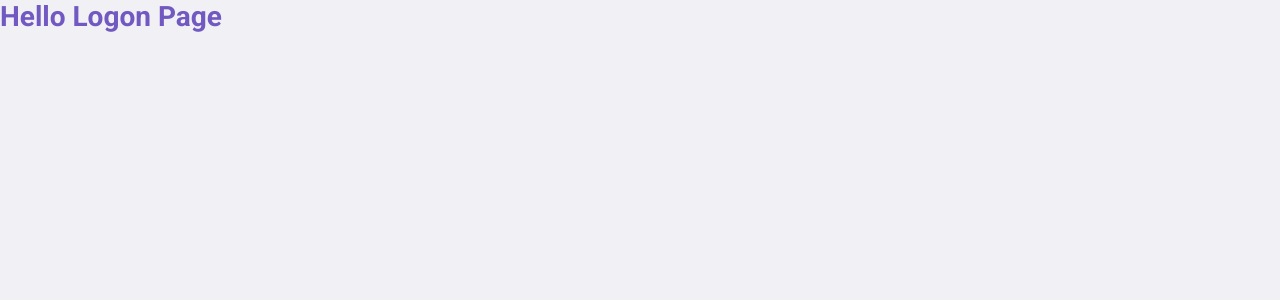
Repository: s7Thiago/semana-omnistack-11.0
Page: / (app in front-end/)
These files come from the project's save history. The page is drawn as it stood at one moment and after the next save; the edit follows.
The browser window is 1280 px wide. The pictures show the whole page.
The project was rebuilt for these pictures with package versions that can differ from the ones it lists, and the page was loaded fresh each time.

Above is the page before, as saved 2020-03-26 19:39:02.

After the next save:
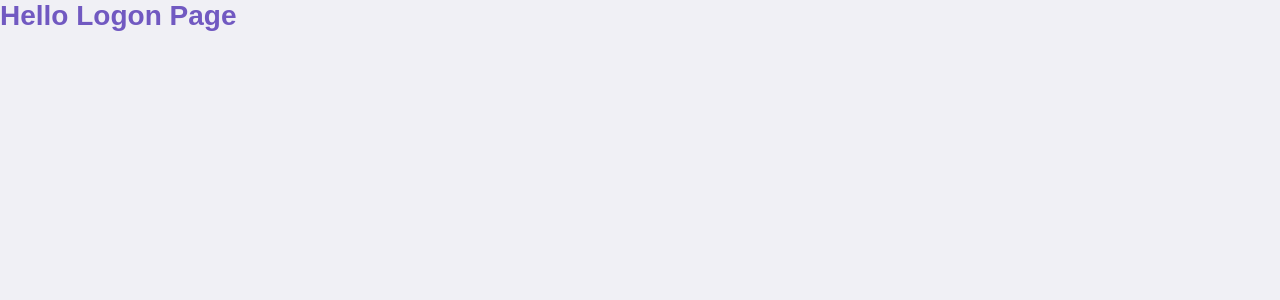
Saved 26 s later.
--- a/front-end/src/global.css
+++ b/front-end/src/global.css
@@ -8,7 +8,7 @@
 }
 
 body{
-    font: 400 14px Roboto, sans-serif;
+    font: 400 14px bold, sans-serif;
     background: #f0f0f5;
     -webkit-font-smoothing: antialiased;
 }

After the save that followed:
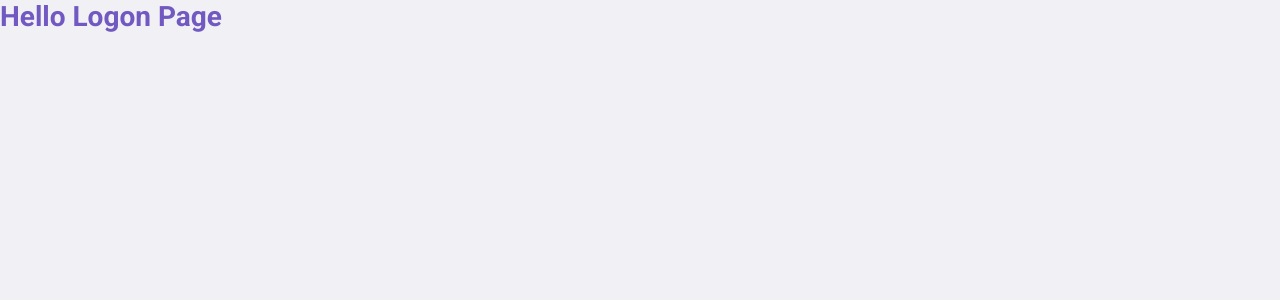
Saved 4 s later.
--- a/front-end/src/global.css
+++ b/front-end/src/global.css
@@ -8,7 +8,7 @@
 }
 
 body{
-    font: 400 14px bold, sans-serif;
+    font: 400 14px Roboto, sans-serif;
     background: #f0f0f5;
     -webkit-font-smoothing: antialiased;
 }
